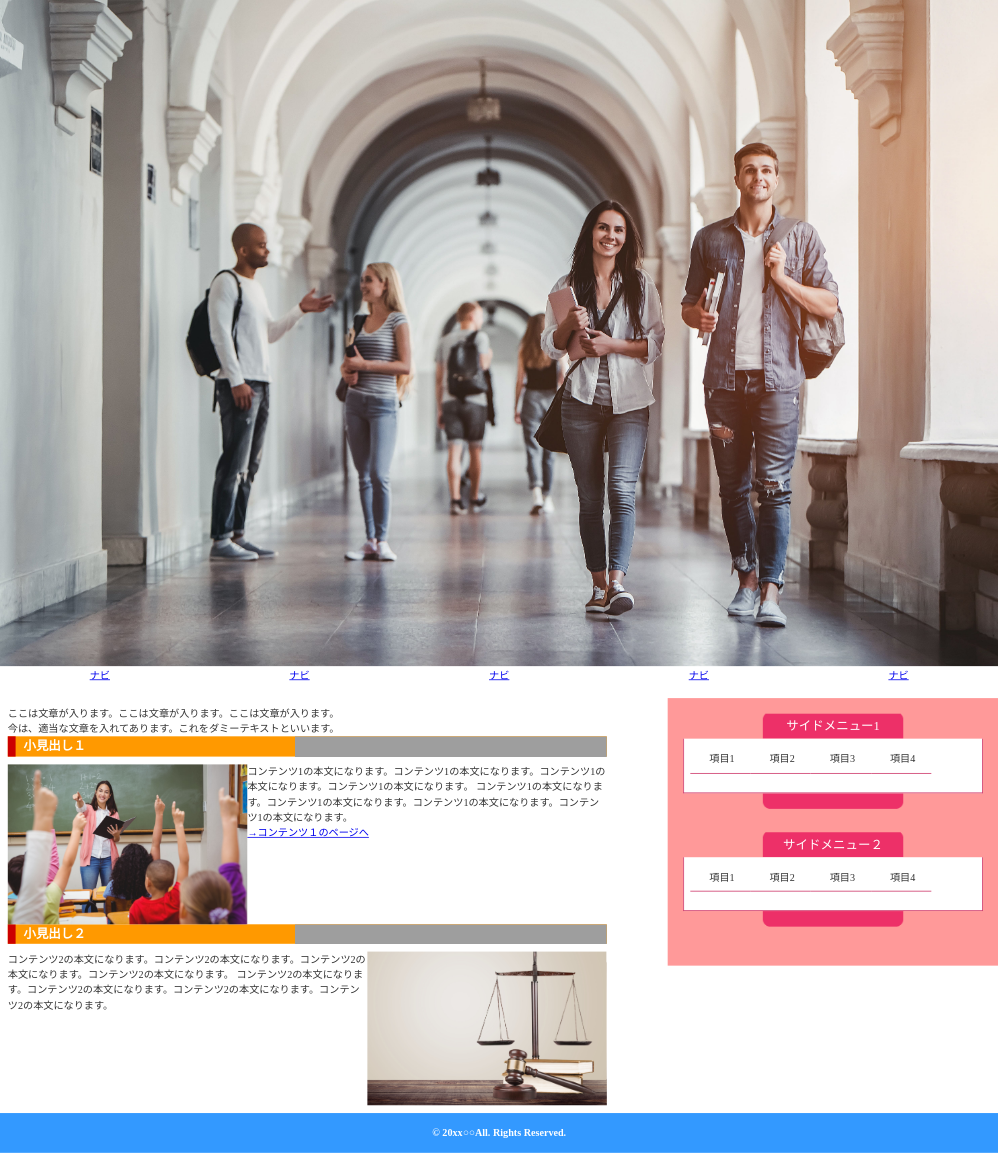
Repository: hirano51/samurai_HTML-CSS
Page: home.html
The author's editor kept a record of every edit. The page is drawn from the files as they stood at one moment, then again after the next edit.
The browser window is 1280 px wide. The pictures show the whole page, at 78% of full size.
Pictures or frames that could not be fetched are drawn as grey boxes.

Above is the page before.

After the next edit:
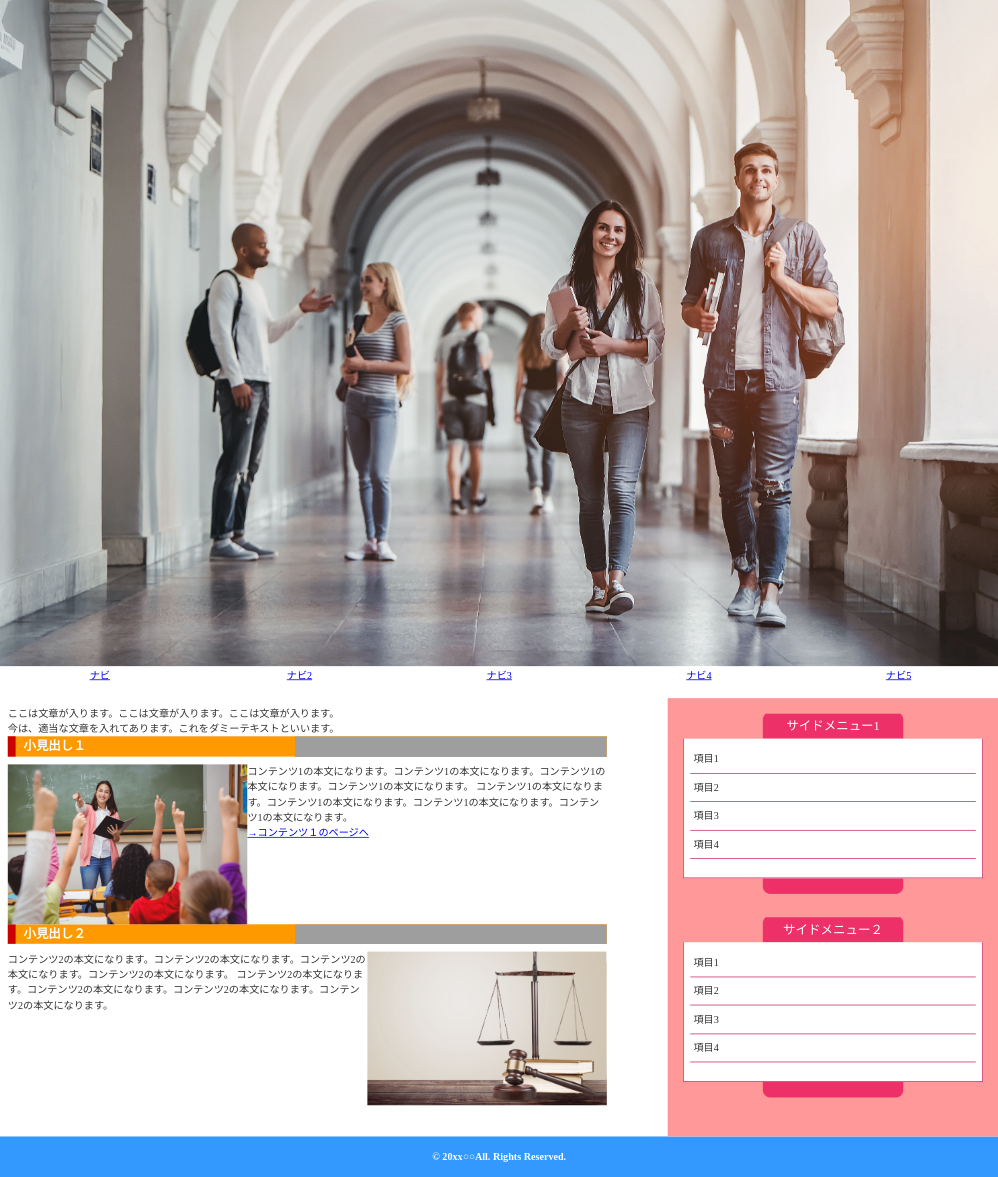
The edit:
--- a/home.html
+++ b/home.html
@@ -16,14 +16,12 @@
 <div id="nav">
 <ul>
   <li><a href="home.html">ナビ</a></il>
-    <li><a href="home.html">ナビ</a></il>
-  <li><a href="home.html">ナビ</a></il>
-  <li><a href="home.html">ナビ</a></il>
-  <li><a href="home.html">ナビ</a></il>
-
-
-  </ul>
-
+    <li><a href="home.html">ナビ2</a></il>
+  <li><a href="home.html">ナビ3</a></il>
+  <li><a href="home.html">ナビ4</a></il>
+  <li><a href="home.html">ナビ5</a></il>
+ </ul>
+</div>
 
 <div id="container">
   <div id="main">
